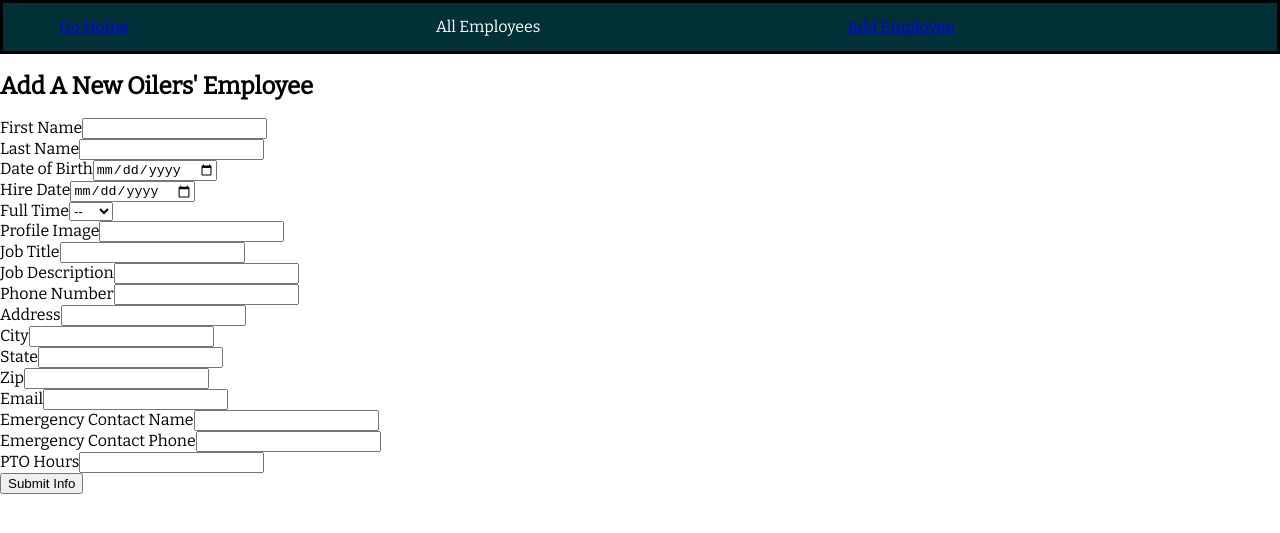
Repository: rh1456/employee-directory
Page: /2
The author's editor kept a copy of each file at every save. The page is drawn from the files as they stood at one save, then again after the next save.
The browser window is 1280 px wide. The pictures show the whole page.
The project was rebuilt for these pictures with package versions that can differ from the ones it lists, and the page was loaded fresh each time. Also part of the build but not shown: src/pages/HomePage.jsx, src/pages/SingleEmployee.jsx, src/pages/AllEmployees.jsx.

Above is the page before, as saved 2019-12-08 18:34:24.

### public/index.html
<!DOCTYPE html>
<html lang="en">
  <head>
    <meta charset="utf-8" />
    <link rel="shortcut icon" href="%PUBLIC_URL%/favicon.ico" />
    <meta
      name="viewport"
      content="width=device-width, initial-scale=1, shrink-to-fit=no"
    />
    <meta name="theme-color" content="#000000" />
    <link
      href="https://fonts.googleapis.com/css?family=Bitter&display=swap"
      rel="stylesheet"
    />
    <!--
      manifest.json provides metadata used when your web app is added to the
      homescreen on Android. See https://developers.google.com/web/fundamentals/web-app-manifest/
    -->
    <link rel="manifest" href="%PUBLIC_URL%/manifest.json" />
    <!--
      Notice the use of %PUBLIC_URL% in the tags above.
      It will be replaced with the URL of the `public` folder during the build.
      Only files inside the `public` folder can be referenced from the HTML.

      Unlike "/favicon.ico" or "favicon.ico", "%PUBLIC_URL%/favicon.ico" will
      work correctly both with client-side routing and a non-root public URL.
      Learn how to configure a non-root public URL by running `npm run build`.
    -->
    <title>Employee Directory</title>
  </head>
  <body>
    <noscript>
      You need to enable JavaScript to run this app.
    </noscript>
    <div id="root"></div>
    <!--
      This HTML file is a template.
      If you open it directly in the browser, you will see an empty page.

      You can add webfonts, meta tags, or analytics to this file.
      The build step will place the bundled scripts into the <body> tag.

      To begin the development, run `npm start` or `yarn start`.
      To create a production bundle, use `npm run build` or `yarn build`.
    -->
  </body>
</html>

### src/index.css
:root {
  font: 16px / 1 'Bitter', serif;
}

html {
  height: 100%;
}

body {
  margin: 0;
  min-height: 100%;
}

ul {
  display: flex;
  flex-direction: row;
  justify-content: space-between;
  border: solid black;
  margin: 0;
  height: 3rem;
  background-color: #013137;
}
nav li {
  list-style: none;
  margin: 1rem;
  color: white;
}
.Nav-link {
  color: white;
  text-decoration: none;
}
.homepage-head {
  display: flex;
  margin: 2rem;
  justify-content: center;
}

### src/App.jsx
import React from 'react'
import { BrowserRouter as Router, Link, Route, Switch } from 'react-router-dom'
// import AllEmployees from './pages/AllEmployees'
import AddEmployee from './pages/AddEmployee'
import HomePage from './pages/HomePage'
import SingleEmployee from './pages/SingleEmployee'
import AllEmployees from './pages/AllEmployees'

const App = () => {
  return (
    <Router>
      <header>
        <nav>
          <ul>
            <li>
              <Link to="/">Go Home</Link>
            </li>
            <li>
              <Link to="/1" className="Nav-link">
                All Employees
              </Link>
            </li>
            <li>
              <Link to="/2">Add Employee</Link>
            </li>
            <li>{/* <Link to="/employee/:id">Si</Link> */}</li>
          </ul>
        </nav>
      </header>

      <Switch>
        <Route exact path="/" component={HomePage}></Route>
        <Route exact path="/1" component={AllEmployees}></Route>
        <Route exact path="/2" component={AddEmployee}></Route>
        <Route path="/employee/:id" component={SingleEmployee}></Route>
      </Switch>
    </Router>
  )
}

export default App

// <main className="all-employees">
// {employeeData.map((info, i) => {
//   return (
//     <div className="employee-info">
//       <div className="empolyee-sect" key={i}>
//         <div className="employee-data">
//           <img className="employee-pic" src={info.profileImage} />
//           <h2 className="employee-full-name">
//             {info.firstName} {info.lastName}
//           </h2>
//           <h3 className="job">{info.jobTitle}</h3>
//           <h3 className="full-time">
//             Full Time: {info.isFullTime ? 'Yes' : 'No'}
//           </h3>
//         </div>
//       </div>
//     </div>
//   )
// })}

### src/pages/AddEmployee.jsx
import React, { useState } from 'react'
import { Redirect } from 'react-router-dom'
import axios from 'axios'

const AddEmployee = () => {
  const [resetForm, setResetForm] = useState('')
  const [firstName, setFirstName] = useState('')
  const [lastName, setLastName] = useState('')
  const [birthday, setBirthday] = useState('')
  const [hireDate, setHireDate] = useState('')
  const [isFullTime, setIsFullTime] = useState('')
  const [profileImage, setProfileImage] = useState('')
  const [jobTitle, setJobTitle] = useState('')
  const [jobDescription, setJobDescription] = useState('')
  const [phoneNumber, setPhoneNumber] = useState('')
  const [address, setAdress] = useState('')
  const [city, setCity] = useState('')
  const [state, setState] = useState('')
  const [zip, setZip] = useState('')
  const [email, setEmail] = useState('')
  const [emergencyContactPerson, setEmergencyContactPerson] = useState('')
  const [emergencyContactPhone, setEmergencyContactPhone] = useState('')
  const [emergencyContactAddress, setEmergencyContactAddress] = useState('')
  const [ptoHours, setPtoHours] = useState('')

  const submitForm = async event => {
    event.preventDefault()
    const resp = await axios.post(
      'https://sdg-staff-directory-app.herokuapp.com/api/oilers/Employees',

      {
        firstName: firstName,
        lastName: lastName,
        birthday: birthday,
        hireDate: hireDate,
        isFullTime: isFullTime,
        profileImage: profileImage,
        jobTitle: jobTitle,
        jobDescription: jobDescription,
        phoneNumber: phoneNumber,
        address: address,
        city: city,
        state: state,
        zip: zip,
        email: email,
        emergencyContactPerson: emergencyContactPerson,
        emergencyContactPhone: emergencyContactPhone,
        emergencyContactAddress: setEmergencyContactAddress,
        ptoHours,
        ptoHours,
      }
    )
  }
  return (
    <>
      <main>
        <h2> Add A New Oilers' Employee</h2>
        <form onSubmit={submitForm}>
          <section>
            <section className="employeeLabel">
              <label htmlFor="firstName">First Name</label>
              <input
                onChange={e => {
                  setFirstName(e.target.value)
                }}
                value={firstName}
                type="text"
              />
            </section>
            <section className="employeeLabel">
              <label htmlFor="lastName">Last Name</label>
              <input
                onChange={e => {
                  setLastName(e.target.value)
                }}
                value={lastName}
                type="text"
              />
            </section>
            <section className="employeeLabel">
              <label htmlFor="birthday">Date of Birth</label>
              <input
                className="dateData"
                onChange={e => {
                  setBirthday(e.target.value)
                }}
                type="date"
                value={birthday}
              />
            </section>
            <section className="employeeLabel">
              <label htmlFor="hireDate">Hire Date</label>
              <input
                className="dateData"
                onChange={e => {
                  setHireDate(e.target.value)
                }}
                type="date"
                value={hireDate}
              />
            </section>
            <section className="employeeLabel">
              <label htmlFor="fullTime">Full Time</label>
              <select
                onChange={e => {
                  setIsFullTime(e.target.value)
                }}
                type="text"
                value={isFullTime}
              >
                <option value="">--</option>
                <option value="true">Yes</option>
                <option value="false">No</option>
              </select>
            </section>
            <section className="employeeLabel">
              <label htmlFor="profileImage">Profile Image</label>
              <input
                onChange={e => {
                  setProfileImage(e.target.value)
                }}
                type="url"
                value={profileImage}
              />
            </section>
            <section className="employeeLabel">
              <label htmlFor="jobTitle">Job Title</label>
              <input
                onChange={e => {
                  setJobTitle(e.target.value)
                }}
                type="text"
                value={jobTitle}
              />
            </section>
            <section className="employeeLabel">
              <label htmlFor="jobDescription">Job Description</label>
              <input
                onChange={e => {
                  setJobDescription(e.target.value)
                }}
                type="text"
                value={jobDescription}
              />
            </section>
            <section className="employeeLabel">
              <label htmlFor="phone">Phone Number</label>
              <input
                onChange={e => {
                  setPhoneNumber(e.target.value)
                }}
                type="text"
                value={phoneNumber}
              />
            </section>
            <section className="employeeLabel">
              <label htmlFor="address">Address</label>
              <input
                onChange={e => {
                  setAdress(e.target.value)
                }}
                type="text"
                value={address}
              />
            </section>
            <section className="employeeLabel">
              <label htmlFor="city">City</label>
              <input
                onChange={e => {
                  setCity(e.target.value)
                }}
                type="text"
                value={city}
              />
            </section>
            <section className="employeelabel">
              <label htmlFor="state">State</label>
              <input
                onChange={e => {
                  setState(e.target.value)
                }}
                type="text"
                value={state}
              />
            </section>
            <section className="employeeLabel">
              <label htmlFor="zip">Zip</label>
              <input
                onChange={e => {
                  setZip(e.target.value)
                }}
                type="text"
                value={zip}
              />
            </section>
            <section className="employeeLabel">
              <label htmlfor="email">Email</label>
              <input
                onChange={e => {
                  setEmail(e.target.value)
                }}
                type="text"
                value={email}
              />
            </section>
            <section className="employeeLabel">
              <label htmlFor="emergencyContactName">
                Emergency Contact Name
              </label>
              <input
                onChange={e => {
                  setEmergencyContactPerson(e.target.value)
                }}
                type="text"
                value={setEmergencyContactPerson}
              />
            </section>
            <section className="employeeLabel">
              <label htmlFor="emergencyContactPhone">
                {' '}
                Emergency Contact Phone
              </label>
              <input
                onChange={e => {
                  setEmergencyContactPhone.apply(e.target.value)
                }}
                type="text"
                value={emergencyContactPhone}
              />
            </section>
            <section className="employeeLabel">
              <label htmlFor="pto">PTO Hours</label>
              <input
                onChange={e => {
                  setPtoHours(e.target.value)
                }}
                type="text"
                value={ptoHours}
              />
            </section>
            <section className="sumbit">
              <button className="submit-button">Submit Info</button>
            </section>
          </section>
        </form>
      </main>
    </>
  )
}

export default AddEmployee

Loaded but not shown: src/index.js (common file)

After the next save:
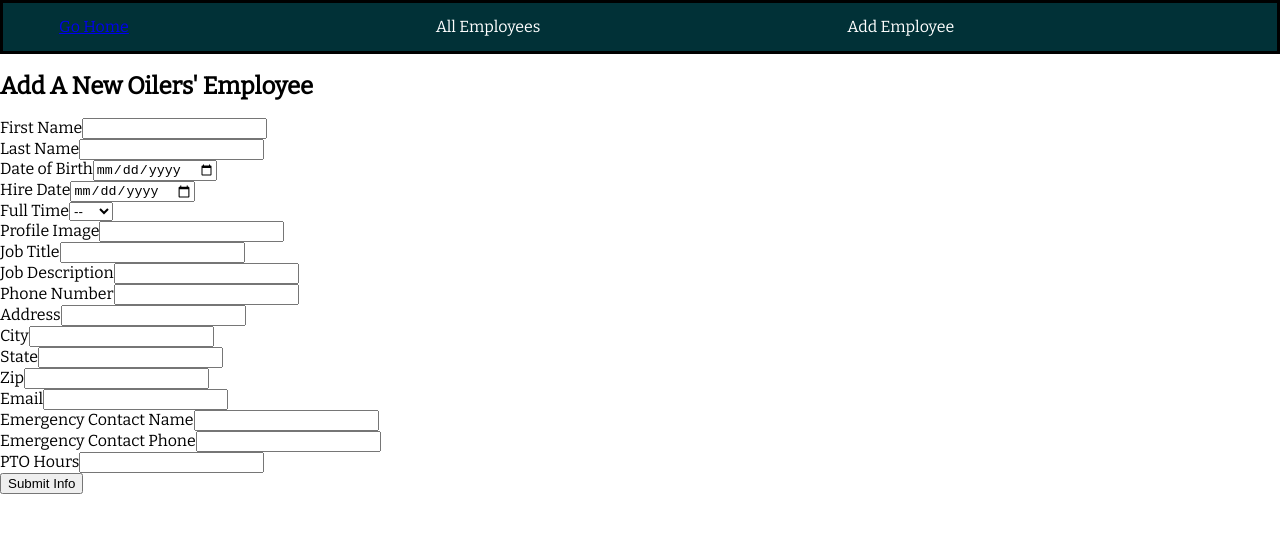
Saved 16 s later.
--- a/src/App.jsx
+++ b/src/App.jsx
@@ -21,7 +21,9 @@
               </Link>
             </li>
             <li>
-              <Link to="/2">Add Employee</Link>
+              <Link to="/2" className="Nav-link">
+                Add Employee
+              </Link>
             </li>
             <li>{/* <Link to="/employee/:id">Si</Link> */}</li>
           </ul>
